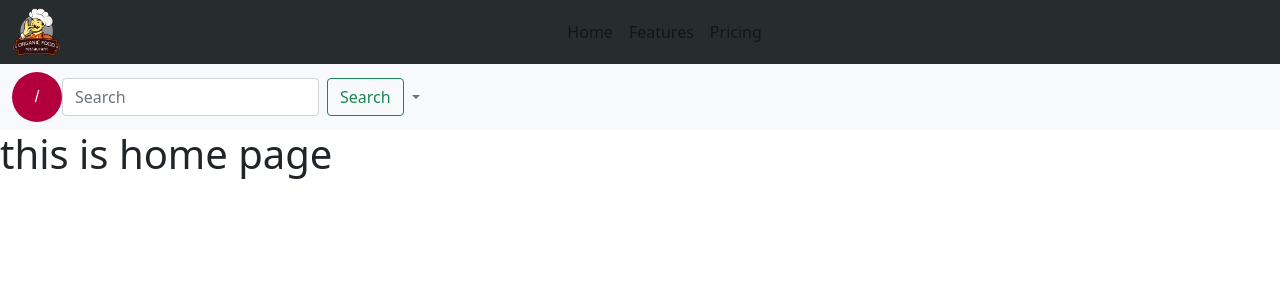
Repository: mdrubel02/organic-food-restaurnat
Page: /
The author's editor kept a copy of each file at every save. The page is drawn from the files as they stood at one save, then again after the next save.
The browser window is 1280 px wide. The pictures show the whole page.
The project was rebuilt for these pictures with package versions that can differ from the ones it lists, and the page was loaded fresh each time.

Above is the page before, as saved 2022-07-02 16:26:18.

After the next save:
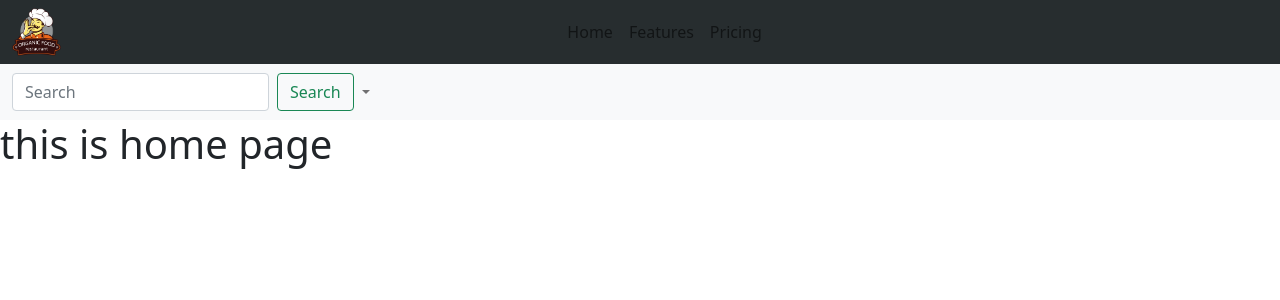
Saved 12 min 48 s later.
--- a/src/Components/Header/HeaderTwo.js
+++ b/src/Components/Header/HeaderTwo.js
@@ -1,26 +1,13 @@
-import React from 'react';
+import React, { useState } from 'react';
 import { Button, Container, Form, Nav, Navbar, NavDropdown } from 'react-bootstrap';
 import Avatar from 'react-avatar';
 import logo from '../../Accets/restaurant logo.png'
 
 const HeaderTwo = () => {
+    const [dropDown, setDropDown] = useState(false);
     return (
         <Navbar bg="light" expand="lg">
             <Container fluid>
-
-                    <Avatar name={logo} size="50" round={true}>
-                        <NavDropdown  >
-                            <NavDropdown.Item href="#action/3.1">Action</NavDropdown.Item>
-                            <NavDropdown.Item href="#action/3.2">
-                                Another action
-                            </NavDropdown.Item>
-                            <NavDropdown.Item href="#action/3.3">Something</NavDropdown.Item>
-                            <NavDropdown.Divider />
-                            <NavDropdown.Item href="#action/3.4">
-                                Separated link
-                            </NavDropdown.Item>
-                        </NavDropdown>
-                    </Avatar>
 
                 <Form className="d-flex">
                     <Form.Control
